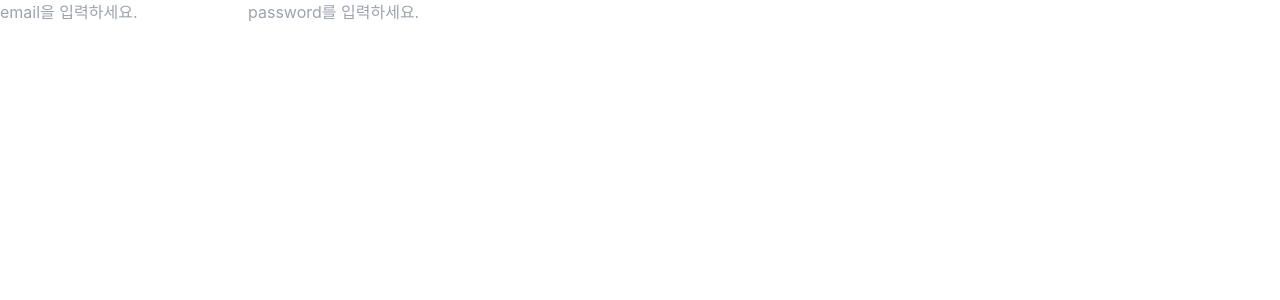
Repository: Hwang-uihyuk/wanted-pre-onboarding-frontend
Page: /signin
These files come from the project's save history. The page is drawn as it stood at one moment and after the next save; the edit follows.
The browser window is 1280 px wide. The pictures show the whole page.
The project was rebuilt for these pictures with package versions that can differ from the ones it lists, and the page was loaded fresh each time. Also part of the build but not shown: src/App.css, src/pages/Home.jsx, src/pages/SignUp.jsx, src/pages/NotFound.jsx, src/pages/Todo.jsx.

Above is the page before, as saved 2023-02-07 22:16:55.

### src/index.js
import React from 'react';
import ReactDOM from 'react-dom/client';
import './index.css';
import App from './App';
import reportWebVitals from './reportWebVitals';
import { createBrowserRouter,RouterProvider } from 'react-router-dom';
import Home from './pages/Home';
import SignIn from './pages/SignIn';
import SignUp from './pages/SignUp';
import NotFound from './pages/NotFound';
import Todo from './pages/Todo';



const router = createBrowserRouter([
  {
    path:'/',
    element:<App/>,
    errorElement:<NotFound/>,
    children:[
      {
        index:true,
        path:'/',
        element :<Home/>
      },

      {
        path:'/signup',
        element:<SignUp/>
      },

      {
        path:'/signin',
        element:<SignIn/>
      },

      {
        path:'/todo',
        element:<Todo/>
      },


    ]
  }
])
const root = ReactDOM.createRoot(document.getElementById('root'));
root.render(
  <React.StrictMode>
    <RouterProvider router ={router} />
  </React.StrictMode>
);

// If you want to start measuring performance in your app, pass a function
// to log results (for example: reportWebVitals(console.log))
// or send to an analytics endpoint. Learn more: https://bit.ly/CRA-vitals
reportWebVitals();

### src/App.js
import logo from './logo.svg';
import './App.css';
import './index.css'
import SignIn from './pages/SignIn';
import { Outlet } from 'react-router';

function App() {
  return (
    <div>
      <Outlet/>
    </div>

  );
}

export default App;

### src/pages/SignIn.jsx
import React, { useEffect } from 'react'
import { useState } from 'react';

export default function SignIn() {

    const [form, setForm] = useState({
        email : "",
        password : "",
    })
//   const [email, setEmail] = useState("")
//   const [password, setPassWord] = useState("")

//   const [msgEmail, setEmailMsg] = useState("")
//   const [msgPw, setPwMsg] = useState("")

//   const [isEmail, setIsEmail] = useState(false)
//   const [isPw, setIsPw] = useState(false)

//   const [activeBtn, setActiveBtn] = useState(true);

//   //email event handler
//   const onEmailHandler = (e) => {
//     const currentEmail = e.currentTarget.value;
//     setEmail(currentEmail);
//     const emailRegExp = /^[A-Za-z0-9._%+-]+@[A-Za-z0-9.-]+.[A-Za-z]{2,6}$/;
//     if (!emailRegExp.test(currentEmail)){
//         console.log("email asdf")
//         setEmailMsg("이메일 형식에 맞게 입력해주세요 ex) hello@example.com")
//         setIsEmail(false);
//     }else{
//         setEmailMsg("사용 가능한 이메일입니다.");
//         setIsEmail(true)
//     }
//   }

//   //password event handler
//   const onPwHandler = (e) => {
//       const currentPw = e.currentTarget.value;
//       setPassWord(currentPw);
//       const pwRegExp = /^[a-z0-9]{8,12}$/;
//       if(!pwRegExp.test(currentPw)){
//           console.log("asdf")
//           setPwMsg("비밀번호를 8자 이상 입력해주세요.");
//           setIsPw(false);
//       }else{
//           console.log("success")
//           setPwMsg("사용 가능한 비밀번호 입니다.");
//           setIsPw(true);
//       }


//   }


//   const onSubmitHandler = (e) => {
//     e.preventdefault();
//     // if(isEmail && isPw){}

  return (
    <div>
       <form>
       <input
        data-testid="email-input"
        placeholder='email을 입력하세요.'
        type="email"
        value={form.email}
        onChange={e => setForm({...form, email: e.target.value})}>
        </input>

        <input
        data-testid="password-input"
        placeholder='password를 입력하세요.'
        type="password"
        value={form.password}
        onChange={e => setForm({...form, password:e.target.value})} ></input>

        </form>
    </div>

  )
}

Loaded but not shown: public/index.html (common file); src/index.css (common file); src/reportWebVitals.js (common file); tailwind.config.js (common file)

After the next save:
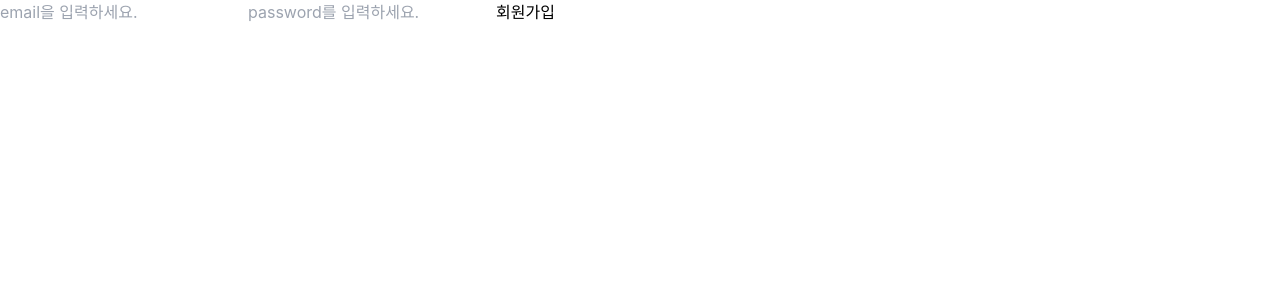
Saved 79 s later.
--- a/src/pages/SignIn.jsx
+++ b/src/pages/SignIn.jsx
@@ -72,7 +72,12 @@ export default function SignIn() {
         placeholder='password를 입력하세요.'
         type="password"
         value={form.password}
-        onChange={e => setForm({...form, password:e.target.value})} ></input>
+        onChange={e => setForm({...form, password:e.target.value})}>
+        </input>
+
+        <button
+        data-testid="signpu-button"
+        >회원가입</button>
 
         </form>
     </div>
